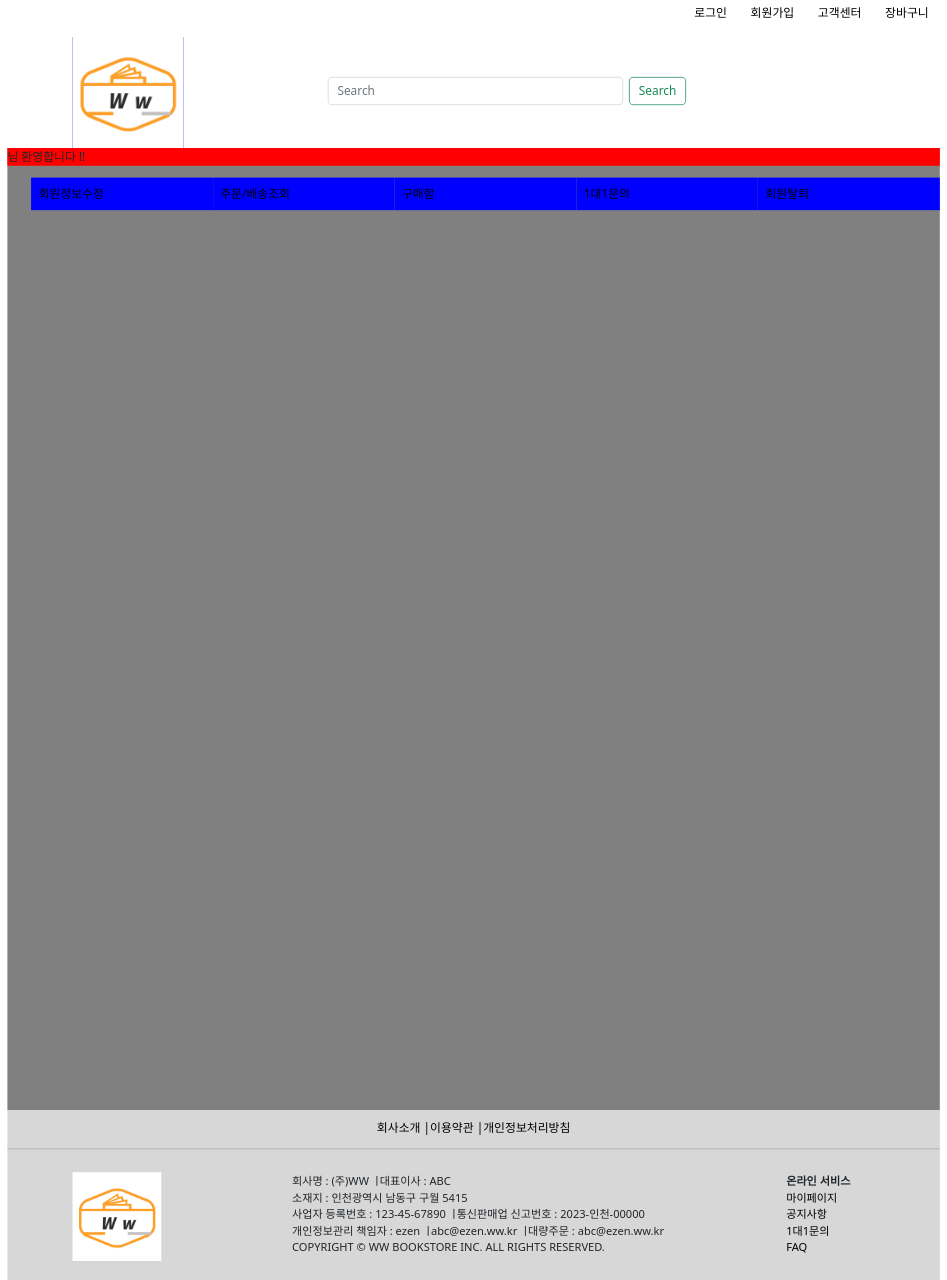
Repository: leehyeonung/project6
Page: http://localhost/book/WEB-INF/views/member/mypage.jsp
These files come from the project's save history. The page is drawn as it stood at one moment and after the next save; the edit follows.
The browser window is 1280 px wide. The pictures show the whole page, at 74% of full size.
The page is served by Tomcat 9. Nobody is signed in. The template is opened directly, without the code that normally fills it, so the values that code supplies are empty.

Above is the page before, as saved 2023-01-06 03:27:19.

After the next save:
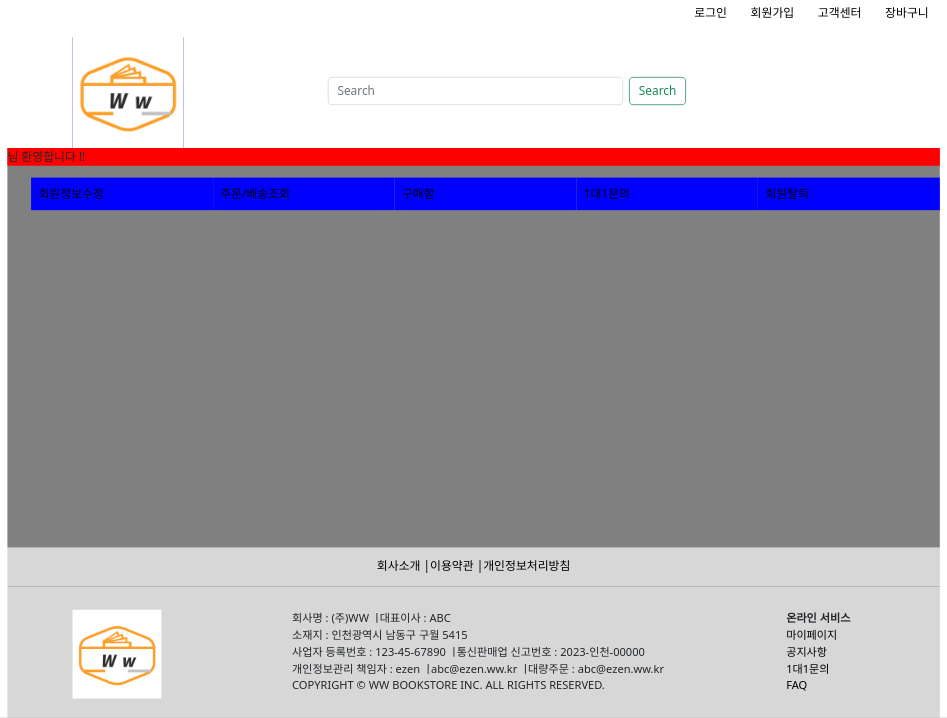
Saved 13 s later.
--- a/book/src/main/webapp/resources/css/mypage.css
+++ b/book/src/main/webapp/resources/css/mypage.css
@@ -13,7 +13,7 @@
 }
 .select{
 	width:1260px;
-	height:1260px;
+	height:500px;
 }
 .id{
     font-size: 30px;
